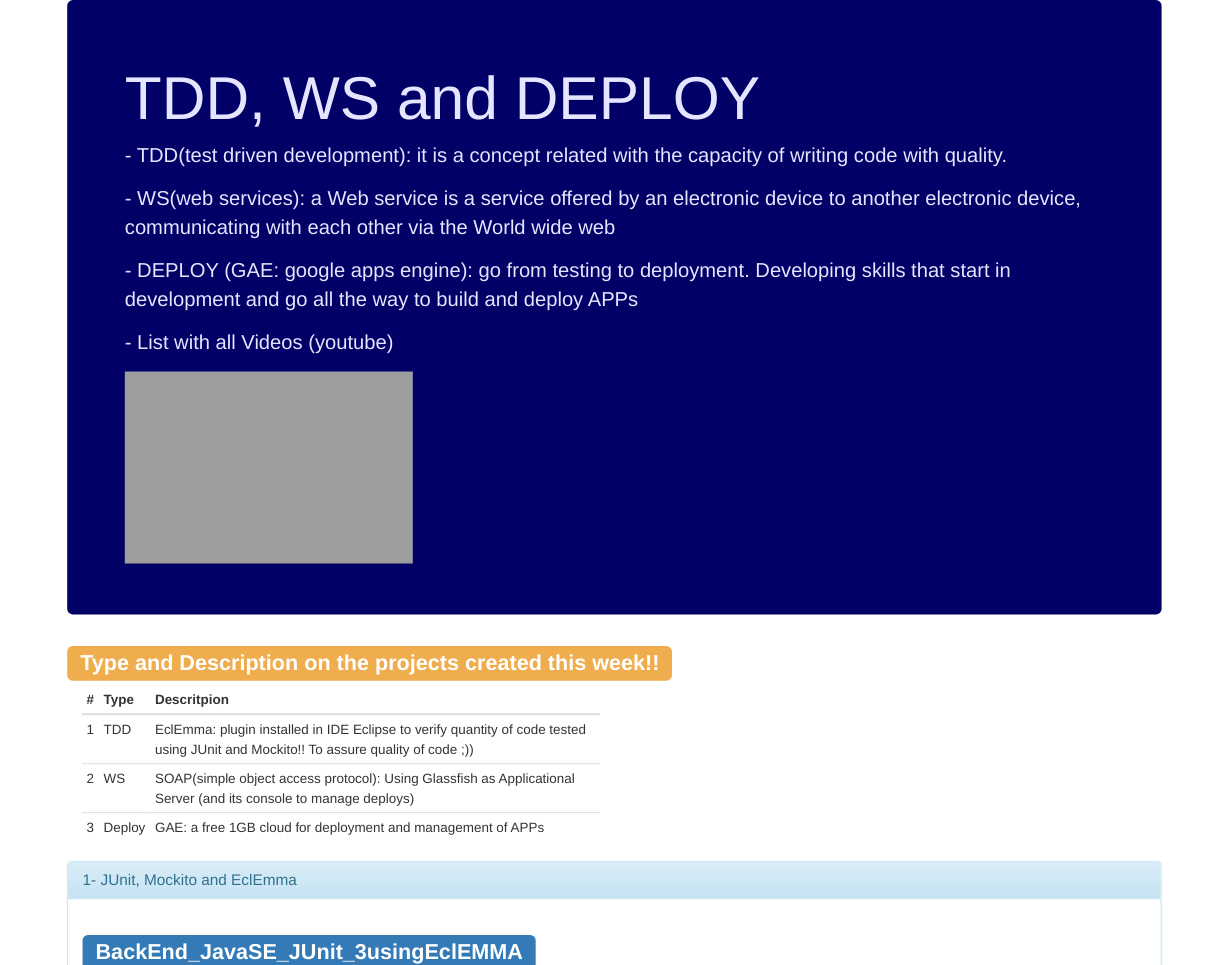
Repository: atafs/Deploy_GoogleAppEngine_webAPPS
Page: Project_001_Deploy_americotomasLIB/war/index.html
The author's editor kept a copy of each file at every save. The page is drawn from the files as they stood at one save, then again after the next save.
The browser window is 1280 px wide. The pictures show the part of the page from y = 0 to 1005 px (the page is 3647 px tall before and 3607 px after), at 96% of full size.
Pictures or frames that could not be fetched are drawn as grey boxes.

Above is the page before, as saved 2016-01-29 09:57:27.
Console error (its wording comes from the project's code and is left out).

### Project_001_Deploy_americotomasLIB/war/index.html
<!DOCTYPE html>
<html lang="en">
<head>
<meta charset="utf-8">
<meta http-equiv="X-UA-Compatible" content="IE=edge">
<meta name="viewport" content="width=device-width, initial-scale=1">
<!-- The above 3 meta tags *must* come first in the head; any other head content must come *after* these tags -->
<meta name="description" content="">
<meta name="author" content="">
<link rel="icon" href="../../favicon.ico">

<title>AmericoTomas Proj</title>

</head>
<body role="document">
	<div class="container theme-showcase" role="main">
		<!-- Main jumbotron for a primary marketing message or call to action -->
		<div style="background-color: #000066; color: #e5e5ff"
			class="jumbotron">
			<h1>TDD, WS and DEPLOY</h1>
			<p>- TDD(test driven development): it is a concept related with the capacity of writing code with quality.</p>
			<p>- WS(web services): a Web service is a service offered by an electronic device to another electronic device, communicating with each other via the World wide web</p>
			<p>- DEPLOY (GAE: google apps engine): go from testing to deployment. Developing skills that start in development and go all the way to build and deploy APPs</p>

			<p>- List with all Videos (youtube)</p>
			<iframe width="300" height="200" src="https://www.youtube.com/embed/videoseries?list=PLBaNeIDelX0LWugK_EMfT9q_S85-bH_qY" frameborder="0" allowfullscreen></iframe>
		</div>
		<h2>
			<span class="label label-warning">Type and Description on the
				projects created this week!!</span>
		</h2>
		<div class="col-md-6">
			<table class="table table-condensed">
				<thead>
					<tr>
						<th>#</th>
						<th>Type</th>
						<th>Descritpion</th>
					</tr>
				</thead>
				<tbody>
					<tr>
						<td>1</td>
						<td>TDD</td>
						<td>EclEmma: plugin installed in IDE Eclipse to verify quantity of code tested using JUnit and Mockito!! To assure quality of code ;)) </td>
					</tr>
					<tr>
						<td>2</td>
						<td>WS</td>
						<td>SOAP(simple object access protocol): Using Glassfish as Applicational Server (and its console to manage deploys)</td>
					</tr>
					<tr>
						<td>3</td>
						<td>Deploy</td>
						<td>GAE: a free 1GB cloud for deployment and management of APPs</td>
					</tr>
				</tbody>
			</table>
		</div>
		<div class="row"></div>
		<!-- /.col-sm-4 -->
		<div class="column-sm-4">
			<div class="panel panel-info">
				<div class="panel-heading">
					<h3 class="panel-title">1- JUnit, Mockito and EclEmma</h3>
				</div>
				<div class="panel-body">
					<h2>
						<span class="label label-primary" style="color: white;">BackEnd_JavaSE_JUnit_3usingEclEMMA</span>
					</h2>
					<p>Plugin for IDE Eclipe to check the amout of code that has unit tests</p>
					<iframe width="560" height="315" src="https://www.youtube.com/embed/hkk8kWs78kk?list=PLBaNeIDelX0LWugK_EMfT9q_S85-bH_qY" frameborder="0" allowfullscreen></iframe>;
				</div>
			</div>

			<div class="panel panel-info">
				<div class="panel-heading">
					<h3 class="panel-title">2- SOAP(simple object access protocol)</h3>
				</div>
				<div class="panel-body">
					<div>
						<h2>
							<span class="label label-primary" style="color: white;">BackEnd_JAX-WS_SOAP_1GlassFishSERVER</span>
						</h2>
						<p>Console to manage server using GlassFish</p>
						<iframe width="560" height="315" src="https://www.youtube.com/embed/SM-KYOlsO4Q?list=PLBaNeIDelX0LWugK_EMfT9q_S85-bH_qY" frameborder="0" allowfullscreen></iframe>

					</div>
					<div>
						<h2>
							<span class="label label-primary" style="color: white;">BackEnd_JAX-WS_SOAP_2WS calculator</span>
						</h2>
						<p>Web Service of a simple calculator (add and multiply two values)</p>
						<iframe width="560" height="315" src="https://www.youtube.com/embed/gFrGDdWNCAk?list=PLBaNeIDelX0LWugK_EMfT9q_S85-bH_qY" frameborder="0" allowfullscreen></iframe>
					</div>
					<div>
						<h2>
							<span class="label label-primary" style="color: white;">BackEnd_JAX-WS_SOAP_3WS shopInfo</span>
						</h2>
						<p>Web Service getting the information of a Shop and how long it is open</p>
						<iframe width="560" height="315" src="https://www.youtube.com/embed/CRmkTuUwrMc?list=PLBaNeIDelX0LWugK_EMfT9q_S85-bH_qY" frameborder="0" allowfullscreen></iframe>
					</div>
					<div>
						<h2>
							<span class="label label-primary" style="color: white;">BackEnd_JAX-WS_SOAP_4SoapUI plugin </span>
						</h2>
						<p>Plugin for IDE Eclipe to check the request and response of the WS</p>
						<iframe width="560" height="315" src="https://www.youtube.com/embed/w1pn5zysxZE?list=PLBaNeIDelX0LWugK_EMfT9q_S85-bH_qY" frameborder="0" allowfullscreen></iframe>
					</div>
				</div>
			</div>
			<div class="panel panel-info">
				<div class="panel-heading">
					<h3 class="panel-title">3- Deploy using Google Apps Engine</h3>
				</div>
				<div class="panel-body">
					<h2>
						<span class="label label-primary" style="color: white;">Deploy_GoogleAppEngine_webAPPS_1GAE deployAPP </span>
					</h2>
					<p>GAE: how to run and deploy an APP using the google engine</p>
					<iframe width="560" height="315" src="https://www.youtube.com/embed/08jA6HK72pU?list=PLBaNeIDelX0LWugK_EMfT9q_S85-bH_qY" frameborder="0" allowfullscreen></iframe>
				</div>
			</div>
		</div>
	</div>
	<!-- /container -->

	<!-- Latest compiled and minified CSS -->
	<link rel="stylesheet"
		href="https://maxcdn.bootstrapcdn.com/bootstrap/3.3.6/css/bootstrap.min.css"
		integrity="sha384-1q8mTJOASx8j1Au+a5WDVnPi2lkFfwwEAa8hDDdjZlpLegxhjVME1fgjWPGmkzs7"
		crossorigin="anonymous">

	<!-- Optional theme -->
	<link rel="stylesheet"
		href="https://maxcdn.bootstrapcdn.com/bootstrap/3.3.6/css/bootstrap-theme.min.css"
		integrity="sha384-fLW2N01lMqjakBkx3l/M9EahuwpSfeNvV63J5ezn3uZzapT0u7EYsXMjQV+0En5r"
		crossorigin="anonymous">

	<!-- Latest compiled and minified JavaScript -->
	<script
		src="https://maxcdn.bootstrapcdn.com/bootstrap/3.3.6/js/bootstrap.min.js"
		integrity="sha384-0mSbJDEHialfmuBBQP6A4Qrprq5OVfW37PRR3j5ELqxss1yVqOtnepnHVP9aJ7xS"
		crossorigin="anonymous"></script>
</body>
</html>

After the next save:
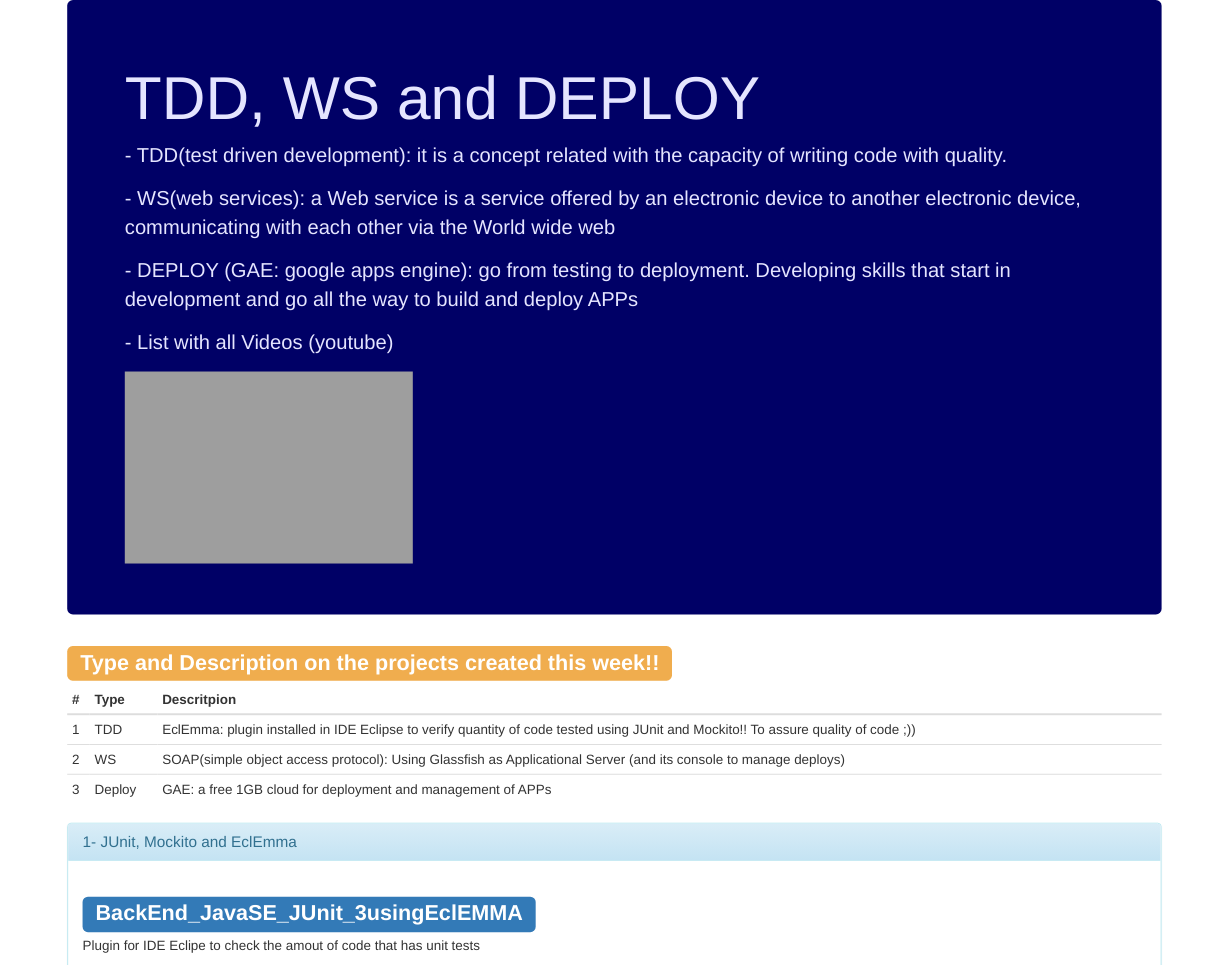
Saved 32 s later.
--- a/Project_001_Deploy_americotomasLIB/war/index.html
+++ b/Project_001_Deploy_americotomasLIB/war/index.html
@@ -29,7 +29,7 @@
 			<span class="label label-warning">Type and Description on the
 				projects created this week!!</span>
 		</h2>
-		<div class="col-md-6">
+		<div class="row-md-6">
 			<table class="table table-condensed">
 				<thead>
 					<tr>

After the 2 saves that followed:
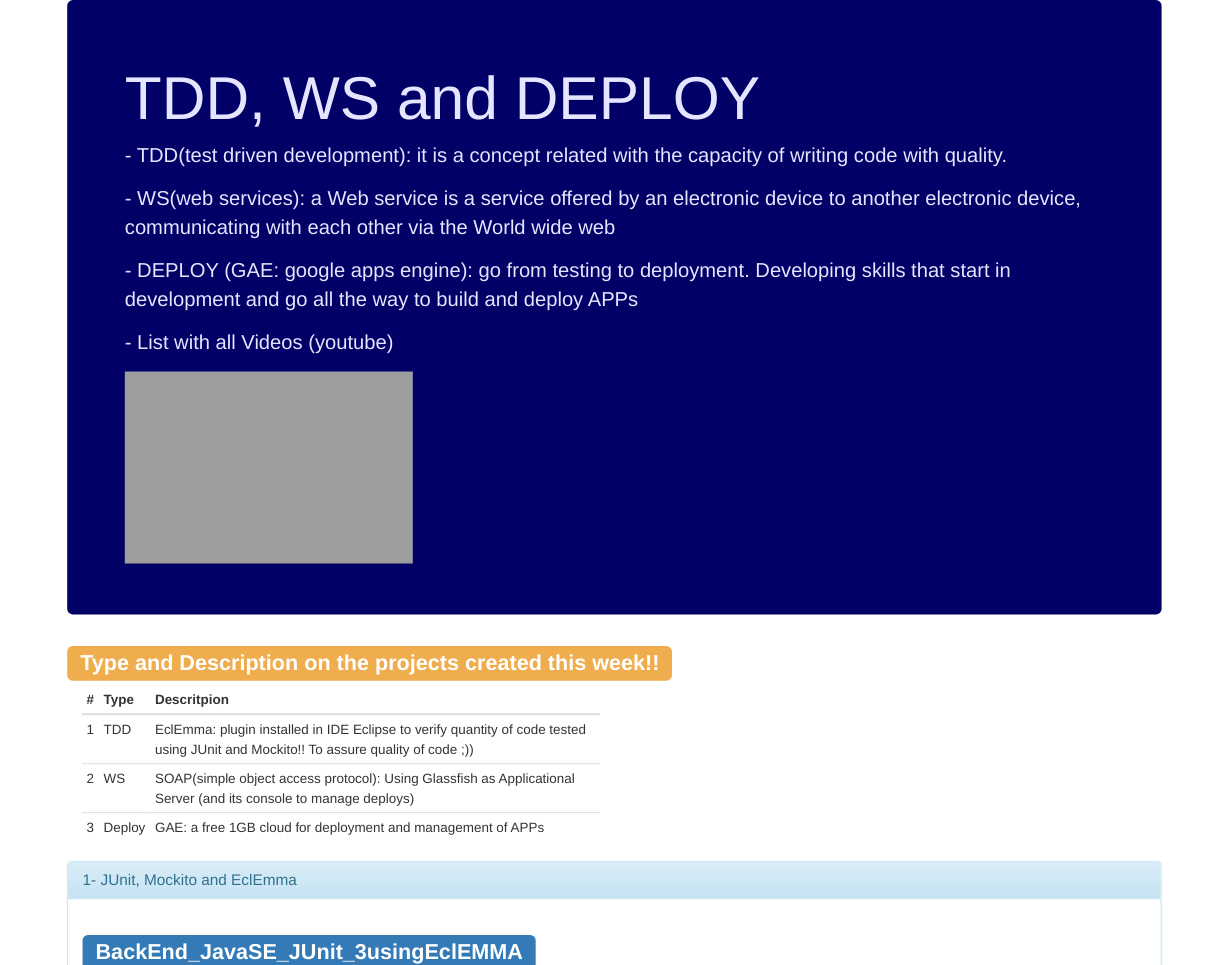
The 2 saves are shown as one change because 1 left the picture as it was.
The last was saved 2 min 45 s later.
--- a/Project_001_Deploy_americotomasLIB/war/index.html
+++ b/Project_001_Deploy_americotomasLIB/war/index.html
@@ -15,8 +15,7 @@
 <body role="document">
 	<div class="container theme-showcase" role="main">
 		<!-- Main jumbotron for a primary marketing message or call to action -->
-		<div style="background-color: #000066; color: #e5e5ff"
-			class="jumbotron">
+		<div style="background-color: #000066; color: #e5e5ff" class="jumbotron">
 			<h1>TDD, WS and DEPLOY</h1>
 			<p>- TDD(test driven development): it is a concept related with the capacity of writing code with quality.</p>
 			<p>- WS(web services): a Web service is a service offered by an electronic device to another electronic device, communicating with each other via the World wide web</p>
@@ -29,7 +28,7 @@
 			<span class="label label-warning">Type and Description on the
 				projects created this week!!</span>
 		</h2>
-		<div class="row-md-6">
+		<div class="col-md-6">
 			<table class="table table-condensed">
 				<thead>
 					<tr>
